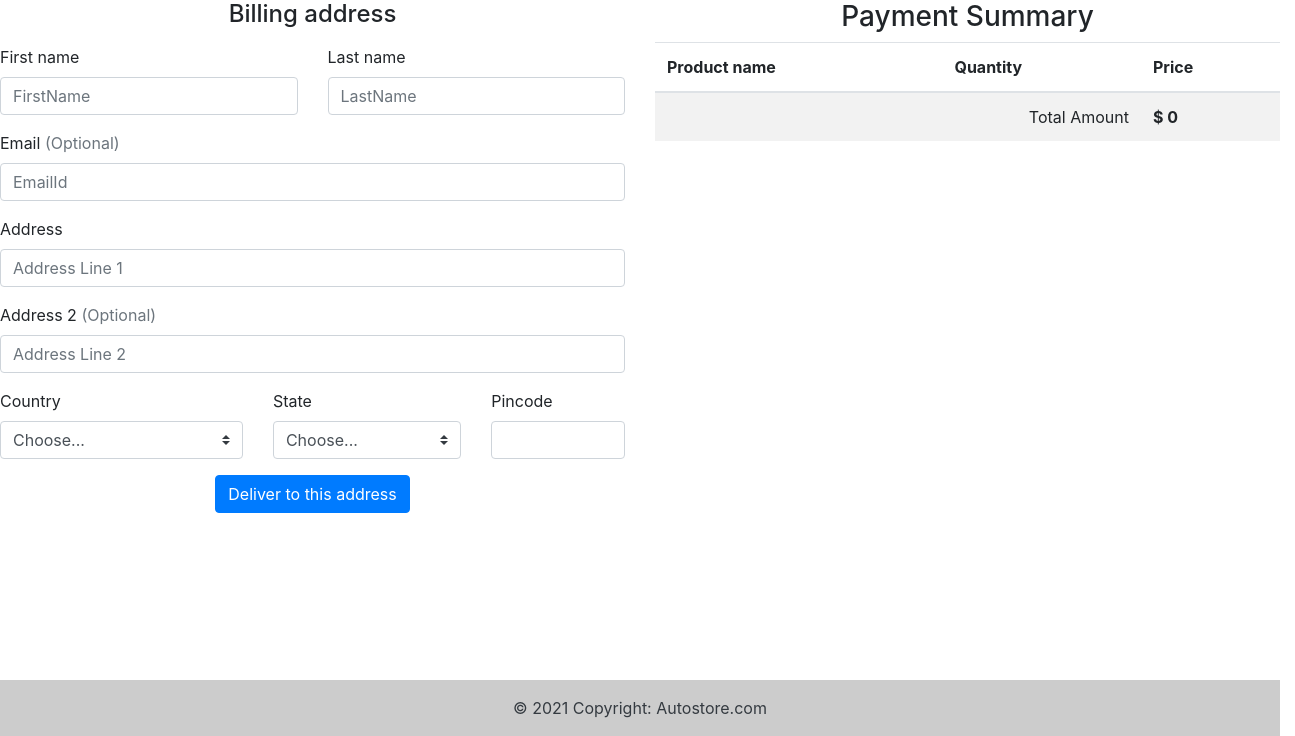
Repository: pravinsakthivel/ecommerce
Page: /checkout
An editor plug-in stored every save of this project. The page is shown before and after the next save, followed by the edit.
The browser window is 1280 px wide. The page is 1295 px wide, so the pictures cover 1295 px, including what lies to the right of the window. The pictures show the whole page.
The project was rebuilt for these pictures with package versions that can differ from the ones it lists, and the page was loaded fresh each time. Also part of the build but not shown: src/components/ProductItem.vue, src/components/UI/ShoppingCartIcon.vue, src/components/UI/NavigationBar.vue, src/components/UI/SearchBar.vue, src/components/ProductDescriptionModal.vue, src/components/ProductList.vue, src/components/CartList.vue, src/components/UI/OrderSuccess.vue and 4 more.

Above is the page before, as saved 2021-04-10 23:47:55.

After the next save:
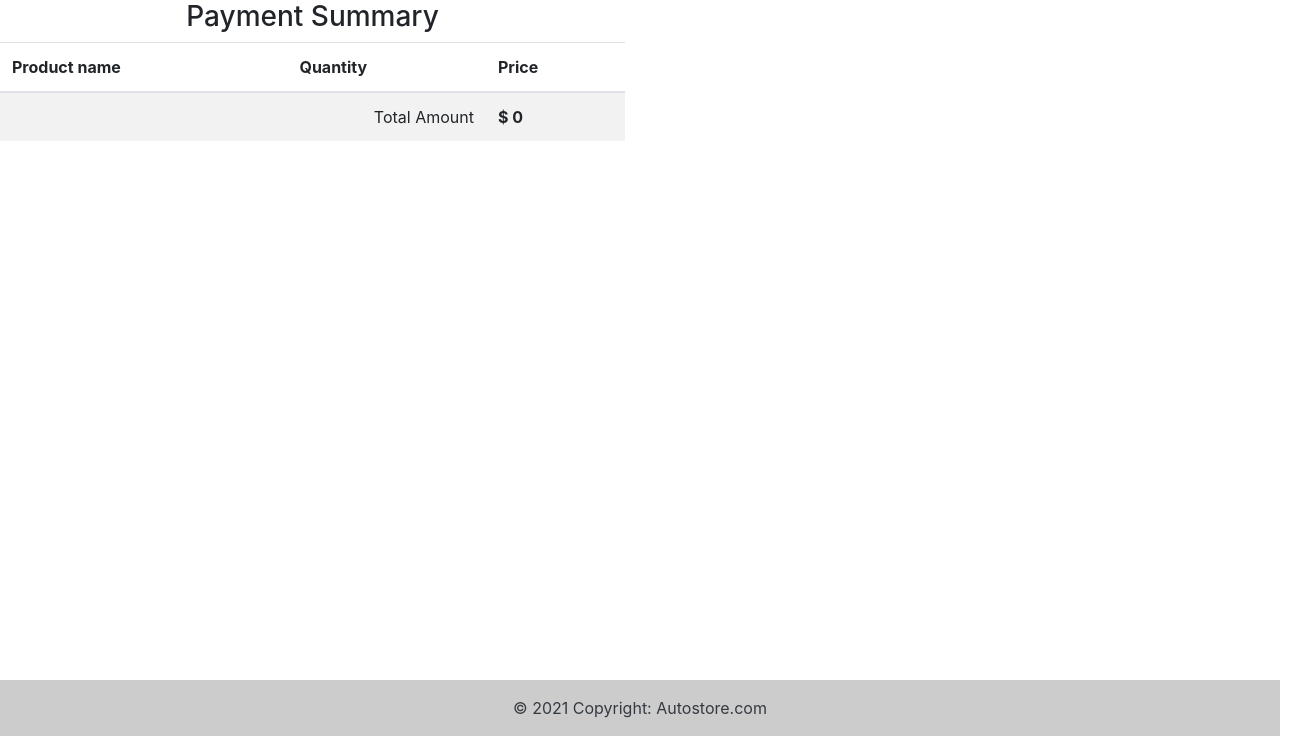
Saved 2 min 15 s later.
--- a/src/components/CheckoutPage.vue
+++ b/src/components/CheckoutPage.vue
@@ -1,116 +1,6 @@
 <template>
   <div class="row">
-    <div class="col-md-6">
-      <h4 class="mb-3 text-center">Billing address</h4>
-      <form>
-        <div class="row">
-          <div class="col-md-6 mb-3">
-            <label for="firstName">First name</label>
-            <input
-              type="text"
-              class="form-control"
-              id="firstName"
-              placeholder="FirstName"
-              required
-              v-model="firstName"
-            />
-          </div>
-          <div class="col-md-6 mb-3">
-            <label for="lastName">Last name</label>
-            <input
-              type="text"
-              class="form-control"
-              id="lastName"
-              placeholder="LastName"
-              v-model="lastName"
-              required
-            />
-          </div>
-        </div>
-        <div class="mb-3">
-          <label for="email"
-            >Email <span class="text-muted">(Optional)</span></label
-          >
-          <input
-            type="email"
-            class="form-control"
-            id="email"
-            placeholder="EmailId"
-            v-model="emailId"
-          />
-        </div>
 
-        <div class="mb-3">
-          <label for="address">Address</label>
-          <input
-            type="text"
-            class="form-control"
-            id="address"
-            placeholder="Address Line 1"
-            required
-            v-model="addressLine1"
-          />
-        </div>
-
-        <div class="mb-3">
-          <label for="address2"
-            >Address 2 <span class="text-muted">(Optional)</span></label
-          >
-          <input
-            type="text"
-            class="form-control"
-            id="address2"
-            placeholder="Address Line 2"
-            v-model="addressLine2"
-          />
-        </div>
-
-        <div class="row">
-          <div class="col-md-5 mb-3">
-            <label for="country">Country</label>
-            <select
-              class="custom-select d-block w-100"
-              id="country"
-              v-model="country"
-            >
-              <option value="">Choose...</option>
-              <option>India</option>
-            </select>
-          </div>
-          <div class="col-md-4 mb-3">
-            <label for="state">State</label>
-            <select
-              class="custom-select d-block w-100"
-              id="state"
-              v-model="state"
-            >
-              <option value="">Choose...</option>
-              <option>Bangalore</option>
-            </select>
-          </div>
-          <div class="col-md-3 mb-3">
-            <label for="zip">Pincode</label>
-            <input
-              type="text"
-              class="form-control"
-              id="zip"
-              placeholder=""
-              v-model="pincode"
-            />
-          </div>
-        </div>
-        <div class="alert alert-danger" role="alert" v-if="isError">
-          Please fill in all fields to continue payment !!
-        </div>
-        <div class="text-center">
-          <base-button
-            customClass="btn-warning mb-5 mt-5 "
-            @click-action="validateAddress"
-            >Deliver to this address</base-button
-          >
-        </div>
-      </form>
-    </div>
     <div class="col-md-6">
       <payment-details :enable ="isError"></payment-details>
     </div>
